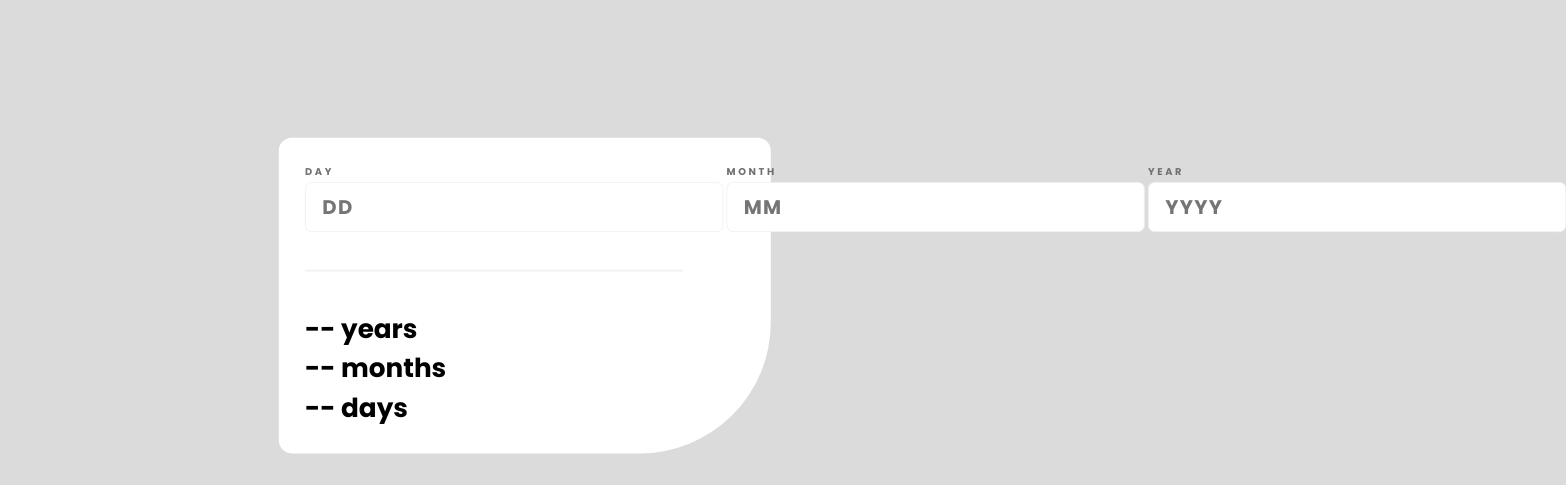
Repository: blordeus/age-calculator-app
Page: /
An editor plug-in stored every save of this project. The page is shown before and after the next save, followed by the edit.
The browser window is 1280 px wide. The page is 1910 px wide, so the pictures cover 1910 px, including what lies to the right of the window. The pictures show the whole page, at 82% of full size.
The pointer rests on the first visible `.btn`.
The project was rebuilt for these pictures with package versions that can differ from the ones it lists, and the page was loaded fresh each time.

Above is the page before, as saved 2023-08-23 15:50:56.

After the next save:
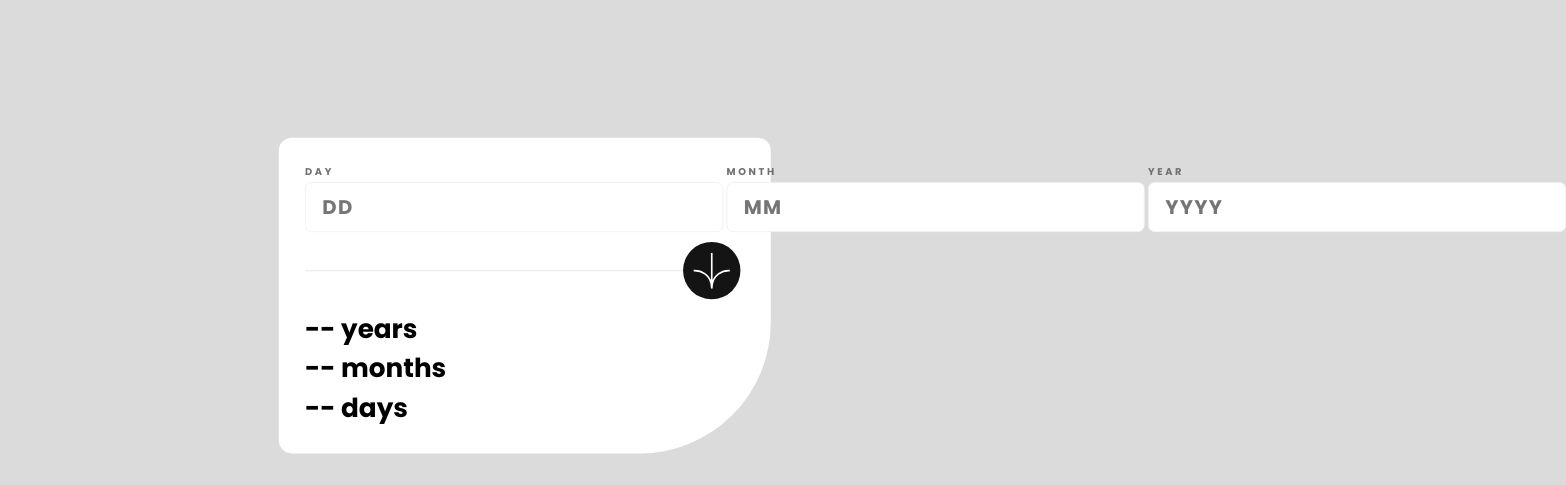
Saved 33 s later.
--- a/src/style.css
+++ b/src/style.css
@@ -102,5 +102,5 @@
 }
 
 .btn:hover {
-  background-color: var(--off-black)
+  background-color: var(--Off-black)
 }

After the save that followed:
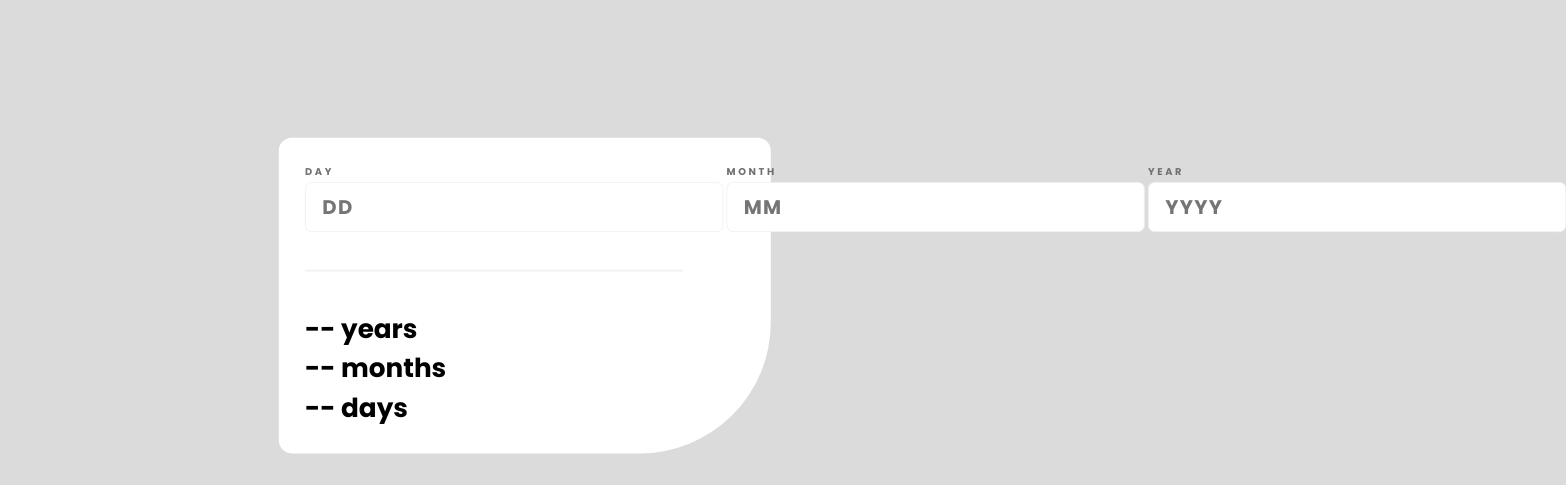
Saved 4 s later.
--- a/src/style.css
+++ b/src/style.css
@@ -102,5 +102,5 @@
 }
 
 .btn:hover {
-  background-color: var(--Off-black)
+  background-color: var(--Off-Black)
 }
